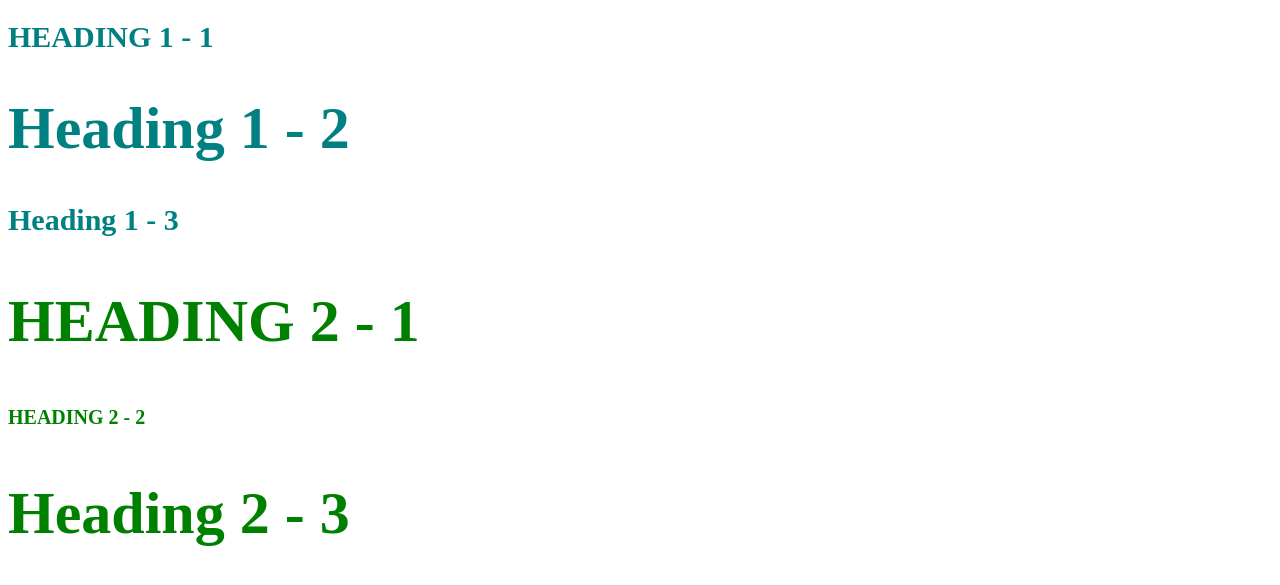
Repository: alcarrizo/Cartoon-Hero
Page: style-test.html
The author's editor kept a copy of each file at every save. The page is drawn from the files as they stood at one save, then again after the next save.
The browser window is 1280 px wide. The pictures show the whole page.

Above is the page before, as saved 2022-10-03 14:20:11.

### style-test.html
<!DOCTYPE html>
<html lang="en">
<head>
    <meta charset="UTF-8">
    <meta http-equiv="X-UA-Compatible" content="IE=edge">
    <meta name="viewport" content="width=device-width, initial-scale=1.0">
    <title>style-test page</title>
    <style type="text/css">
        h1{
            font-size: 30px;
            color:teal;
        }
        h2{
            font-size: 20px;
            color: red;
        }
        h2{
            color: green;
        }
        .big{
            font-size: 60px;

        }
        .uppercase{
            text-transform: uppercase;
        }
    </style>
</head>
<body>
    <h1 class="uppercase">Heading 1 - 1</h1>
    <h1 class="big">Heading 1 - 2</h1>
    <h1>Heading 1 - 3</h1>
    <h2 class="big uppercase">Heading 2 - 1</h2>
    <h2 class="uppercase">Heading 2 - 2</h2>
    <h2 class="big">Heading 2 - 3</h2>

</body>
</html>

After the next save:
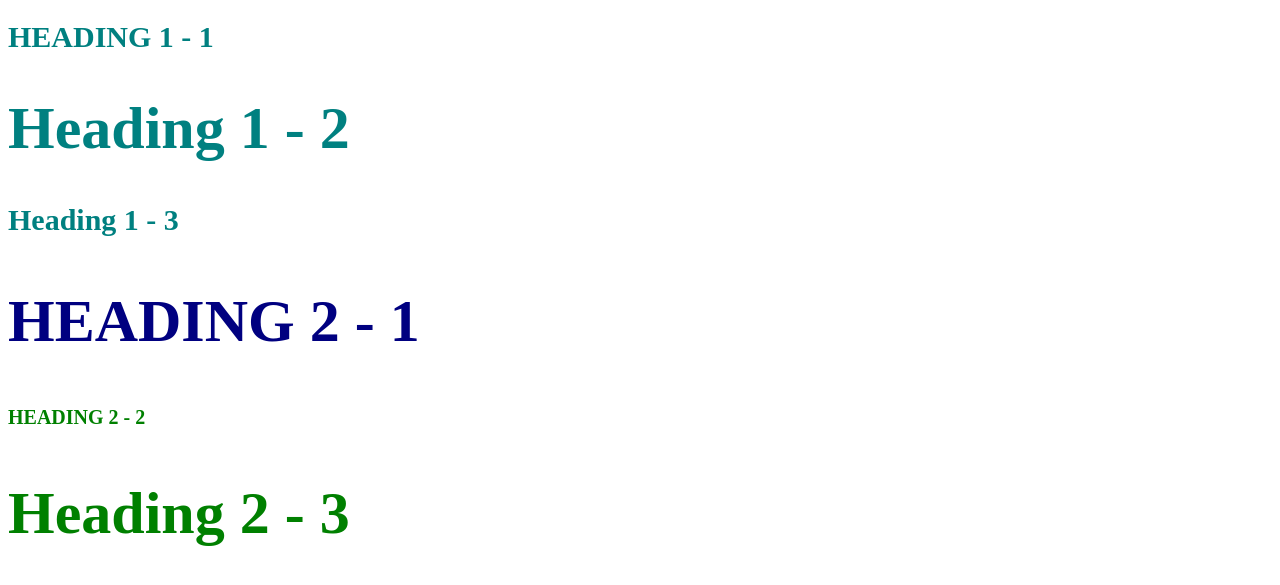
Saved 46 s later.
--- a/style-test.html
+++ b/style-test.html
@@ -24,6 +24,9 @@
         .uppercase{
             text-transform: uppercase;
         }
+        .big.uppercase{
+            color:navy;
+        }
     </style>
 </head>
 <body>
